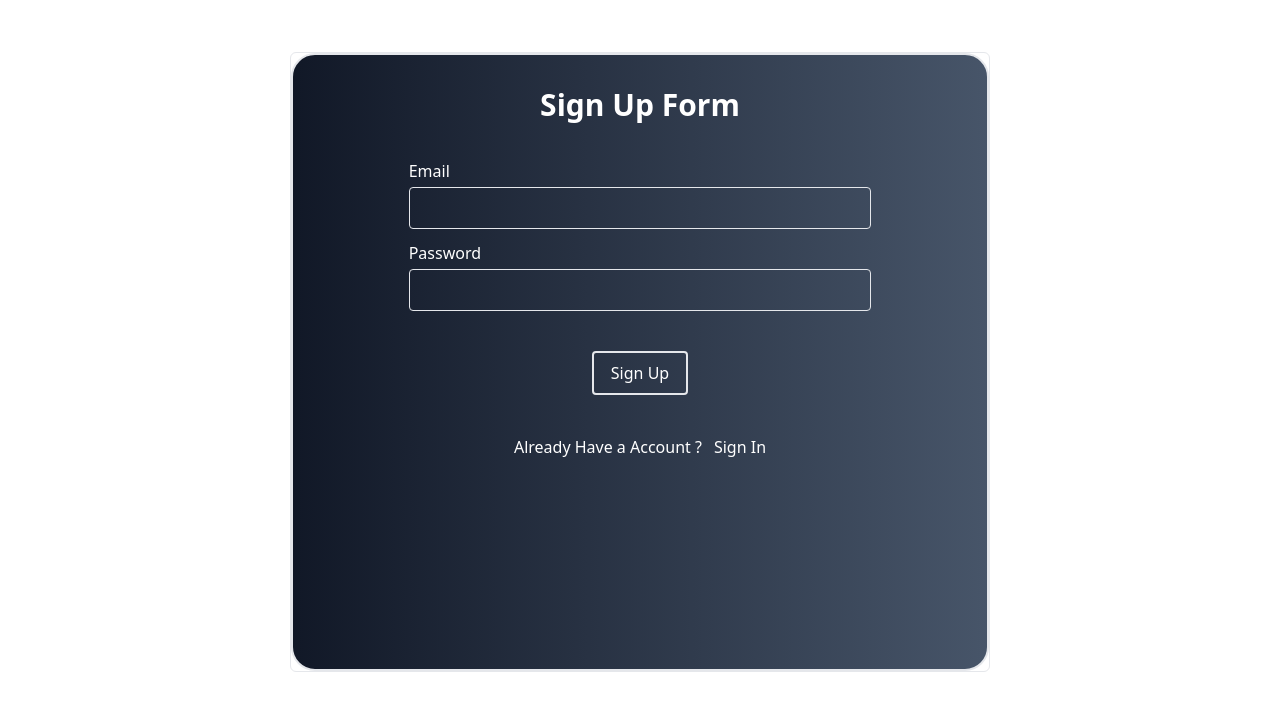
Repository: OmkarTidke8080/Assessment
Page: /sign-in (app in frontend/)
The author's editor kept a copy of each file at every save. The page is drawn from the files as they stood at one save, then again after a run of saves.
The browser window is 1280 px wide. The pictures show the whole page.
The project was rebuilt for these pictures with package versions that can differ from the ones it lists, and the page was loaded fresh each time. Also part of the build but not shown: frontend/vite.config.js, frontend/src/components/HomePage.jsx, frontend/src/components/SignUp.jsx.

Above is the page before, as saved 2024-10-19 22:18:48.

### frontend/src/App.jsx
import { useEffect, useState } from "react";
import "./App.css";
import LandingPage from "./components/HomePage.jsx";
import SignUp from "./components/SignUp.jsx";
import { BrowserRouter, Routes, Route } from "react-router-dom";
import ScaleLoader from "react-spinners/ScaleLoader";
import SignIn from "./components/SignIn.jsx";

function App() {
  const [isLoading, setIsLoading] = useState(true);

  useEffect(() => {
    const timer = setTimeout(() => {
      setIsLoading(false);
    }, 2000);

    return () => clearTimeout(timer);
  });
  return (
    <>
      {isLoading ? (
        <div
          style={{
            display: "flex",
            justifyContent: "center",
            alignItems: "center",
            height: "100vh",
            backgroundColor: "#fff",
          }}
        >
          {" "}
          <ScaleLoader />
        </div>
      ) : (
        <BrowserRouter>
          <Routes>
            <Route path={"/"} element={<LandingPage />} />
            <Route path={"/sign-up"} element={<SignUp />} />
            <Route path={"/sign-in"} element={<SignIn />} />
          </Routes>
        </BrowserRouter>
      )}
    </>
  );
}

export default App;

### frontend/src/components/SignIn.jsx
import React from 'react'

function SignIn() {
    return (
      <div className="flex justify-center items-center mt-5">
        <div className="flex border  rounded-md h-[620px] w-[700px]">
          <div className="form border-2 rounded-3xl text-white w-full bg-gradient-to-r from-gray-900 to-slate-600 ">
            <div className="form-heading text-center mt-8 mb-6">
              <h1 className="text-3xl font-bold text-white mb-2">
                Sign Up Form
              </h1>
            </div>
            <form>
              <div className='flex justify-center'>
                <div className="w-2/3">
                  <div className="mt-3">
                    <label htmlFor="email" className=" flex mb-1">
                      Email
                    </label>
                    <input
                      type="text"
                      id="email"
                      className="text-black bg-inherit w-full flex border rounded p-2"
                      required
                    />
                  </div>

                  <div className="mt-3 w-full">
                    <label htmlFor="username" className=" flex mb-1">
                      Password
                    </label>
                    <input
                      type="text"
                      id="FistName"
                      className="text-black bg-inherit w-full flex border rounded p-2"
                      required
                    />
                  </div>
                </div>
              </div>

              <div className="sign-up-button m-10">
                <button className="border-2 rounded p-2 w-24 hover:border-green-700 ">
                  Sign Up
                </button>
              </div>
              <div className="AlreadyAccount flex justify-center gap-x-3">
                <h2>Already Have a Account ?</h2>
                <button>Sign In</button>
              </div>
            </form>
          </div>
        </div>
      </div>
    );
}

export default SignIn

Loaded but not shown: frontend/index.html (common file); frontend/src/main.jsx (common file); frontend/src/index.css (common file); frontend/src/App.css (common file); frontend/tailwind.config.js (common file)

After the next 2 saves:
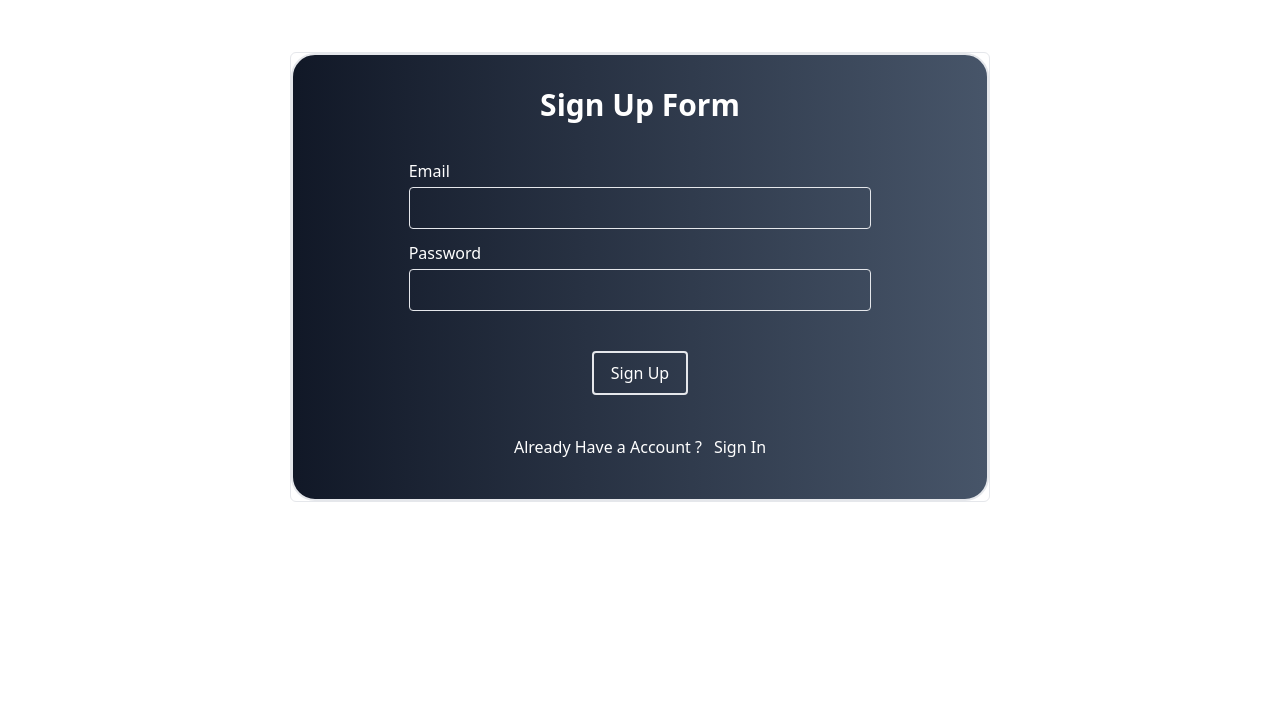
The 2 saves are shown as one change because they came seconds apart.
The last was saved 9 s later.
--- a/frontend/src/components/SignIn.jsx
+++ b/frontend/src/components/SignIn.jsx
@@ -3,7 +3,7 @@ import React from 'react'
 function SignIn() {
     return (
       <div className="flex justify-center items-center mt-5">
-        <div className="flex border  rounded-md h-[620px] w-[700px]">
+        <div className="flex border  rounded-md h-[450px] w-[700px]">
           <div className="form border-2 rounded-3xl text-white w-full bg-gradient-to-r from-gray-900 to-slate-600 ">
             <div className="form-heading text-center mt-8 mb-6">
               <h1 className="text-3xl font-bold text-white mb-2">
